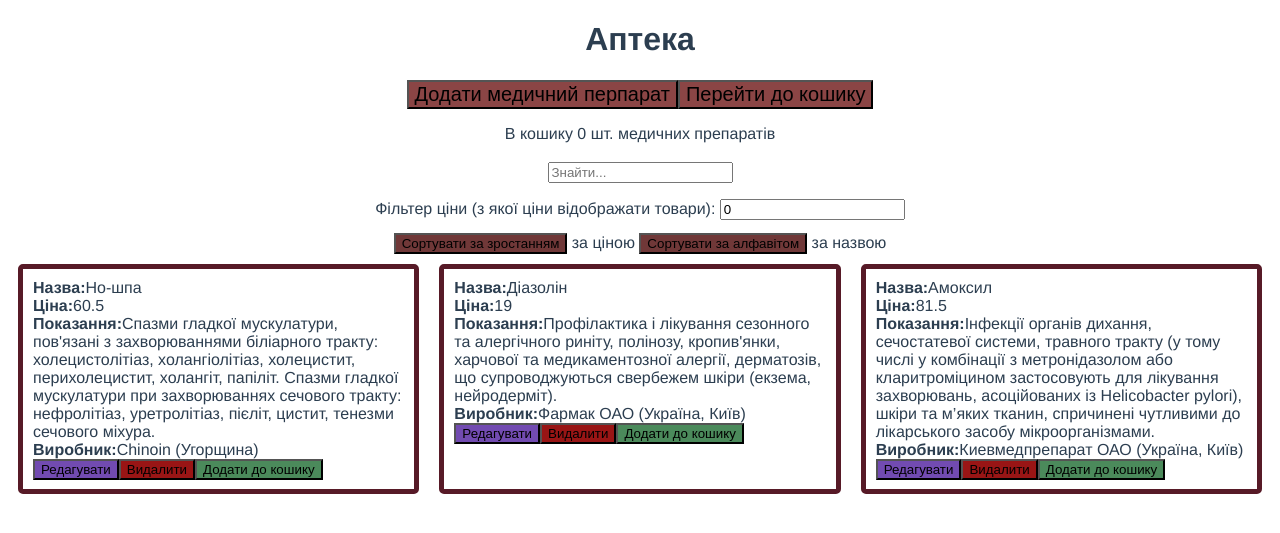
Repository: kristinap8/pharmacy
Page: /
An editor plug-in stored every save of this project. The page is shown before and after the next save, followed by the edit.
The browser window is 1280 px wide. The pictures show the whole page.
The project was rebuilt for these pictures with package versions that can differ from the ones it lists, and the page was loaded fresh each time. Also part of the build but not shown: src/components/AddMedicineForm/index.vue, src/pages/AddMedicine/index.vue, src/components/EditMedicineForm/index.vue, src/pages/EditMedicine/index.vue, src/components/CartForm/index.vue, src/pages/Cart/index.vue.

Above is the page before, as saved 2020-12-10 10:40:58.

After the next save:
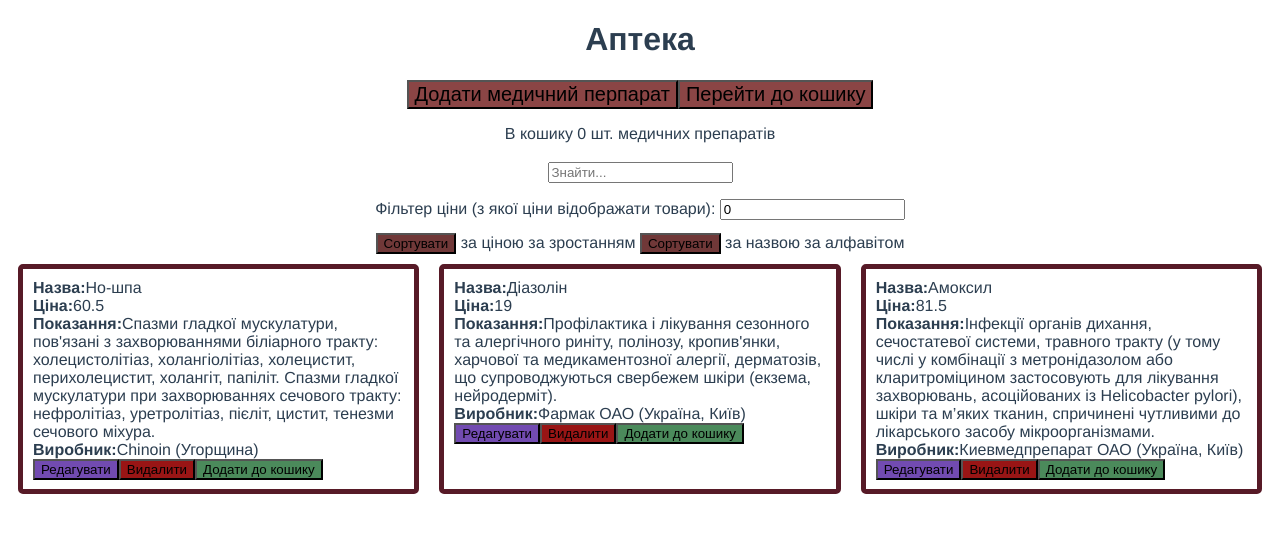
Saved 31 s later.
--- a/src/components/MedicinesList/index.vue
+++ b/src/components/MedicinesList/index.vue
@@ -10,10 +10,10 @@
           </label>
         </div>
         <div class="sort">
-              <button id="s" @click="sortByPrice">Сортувати {{sortByPriceDir}}</button>
-                за ціною
-                <button id="s" @click="sortByName">Сортувати {{sortByNameDir}}</button>
-                за назвою
+              <button id="s" @click="sortByPrice">Сортувати</button>
+                за ціною {{sortByPriceDir}}
+                <button id="s" @click="sortByName">Сортувати</button>
+                за назвою {{sortByNameDir}}
         </div>
     <div class="list-container">
     <medicine-card
